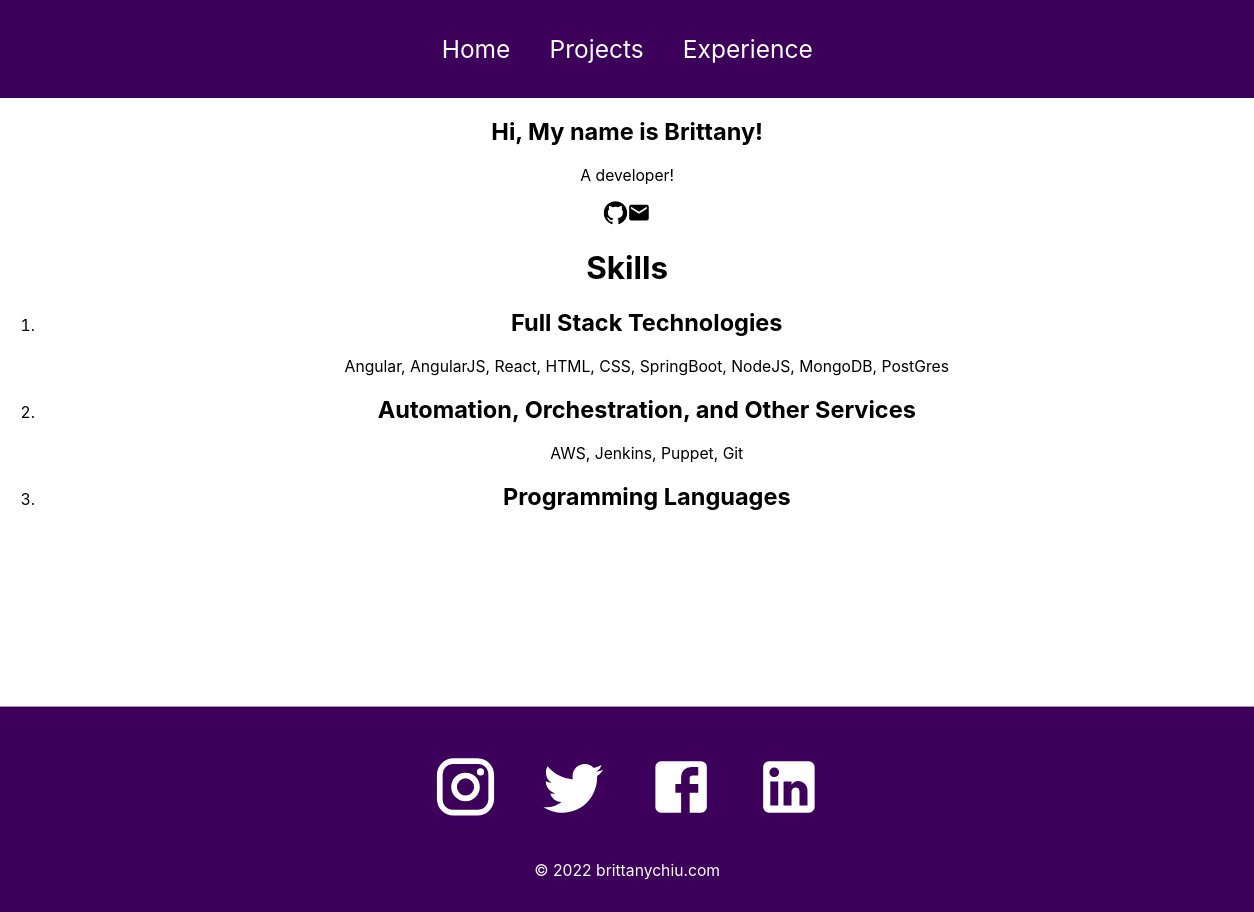
Repository: chiubacca94/chiufolio
Page: /
These files come from the project's save history. The page is drawn as it stood at one moment and after the next save; the edit follows.
The browser window is 1280 px wide. The pictures show the whole page, at 98% of full size.
The project was rebuilt for these pictures with package versions that can differ from the ones it lists, and the page was loaded fresh each time. Also part of the build but not shown: src/components/Projects/Projects.js, src/components/Experiences/Experiences.js.

Above is the page before, as saved 2022-07-03 23:13:13.

### src/App.js
import './App.css';
import { BrowserRouter as Router, Routes, Route } from 'react-router-dom';
import Navbar from './components/NavBar/Navbar';
import Home from './components/Home/Home';
import Projects from './components/Projects/Projects';
import Experiences from './components/Experiences/Experiences';
import Footer from './components/Footer/Footer';

function App() {
  return (
    <div className="App">
      <Router>
        <Navbar />
        <Routes>
          <Route path="/" element={ <Home /> }></Route>
          <Route path="/projects" element={ <Projects /> }></Route>
          <Route path="/" element={ <Experiences /> }></Route>
        </Routes>
        <Footer />
      </Router>
    </div>
  );
}

export default App;

### src/App.css
.App {
  text-align: center;
}

body {
  margin: 0px;
  padding: 0px;
}

### src/components/NavBar/Navbar.js
import React, {useEffect, useState} from "react";
import { Link, useLocation } from "react-router-dom";
import ReorderIcon from '@material-ui/icons/Reorder';
import "./Navbar.css"

function Navbar() {
    // NavBr States
    const [ expandNavbar, setExpandNavbar ] = useState(false)
    const location = useLocation();

    // use when location changes and set navbar to false
    useEffect(() => {
        setExpandNavbar(false);
    }, [location])

    return (
        // id will change based on state
        <div className="navbar" id={expandNavbar ? "open" : "close"}>
            <div className="toggleButton">
                <button onClick={() => { setExpandNavbar((prev) => !prev) }}>
                    <ReorderIcon></ReorderIcon>
                </button>
            </div>
            <div className="links">
                <Link to="/"> Home </Link>
                <Link to="/projects"> Projects </Link>
                <Link to="/experience"> Experience </Link>
            </div>
        </div>
    )
}

export default Navbar;

### src/components/Home/Home.js
import React from 'react'
import GitHubIcon from '@material-ui/icons/GitHub'
import EmailIcon from '@material-ui/icons/Email'

export default function Home() {
  return (
    <div className='home'>
        <div className='about'>
            <h2>Hi, My name is Brittany!</h2>
            <div className='prompt'><p> A developer!</p></div>
            <GitHubIcon />
            <EmailIcon />
        </div>
        <div className='skills'>
            <h1>Skills</h1>
            <ol className='list'>
                <li className='item'>
                    <h2>Full Stack Technologies</h2>
                    <span>Angular, AngularJS, React, HTML, CSS, SpringBoot, NodeJS, MongoDB, PostGres</span>
                </li>
                <li className='item'>
                    <h2>Automation, Orchestration, and Other Services</h2>
                    <span>AWS, Jenkins, Puppet, Git</span>
                </li>
                <li className='item'>
                    <h2>Programming Languages</h2>
                    <span></span>
                </li>
            </ol>
        </div>
    </div>
  )
}

### src/components/Footer/Footer.js
import React from 'react';
import InstagramIcon  from '@material-ui/icons/Instagram';
import TwitterIcon from '@material-ui/icons/Twitter';
import FacebookIcon from '@material-ui/icons/Facebook';
import LinkedInIcon from '@material-ui/icons/LinkedIn';
import './Footer.css'

export default function Footer() {
  return (
    <div className='footer'>
        <div className='socialMedia'>
            <InstagramIcon />
            <TwitterIcon />
            <FacebookIcon />
            <LinkedInIcon />
        </div>
        <p>&copy; 2022 brittanychiu.com</p>
    </div>
  )
}

### src/components/NavBar/Navbar.css
.navbar {
    width: 100%;
    height: 100px;
    background: #3c005a;
  }

  .links {
    width: 100%;
    height: 100%;
    display: flex;
    align-items: center;
    justify-content: center;
    color: white;
  }

  .navbar a {
    color: white;
    text-decoration: none;
    margin: 20px;
    font-size: 25px;
  }

  .toggleButton {
    width: 100%;
    height: 100px;
    display: flex;
    align-items: center;
    justify-content: flex-end;
  }

  .toggleButton svg {
    font-size: 50px;
  }
  .toggleButton button {
    margin-right: 20px;
    background-color: transparent;
    border: none;
    color: white;
    cursor: pointer;
  }

  #open {
    height: 100vh;
  }

  #open .links {
    flex-direction: column;
    justify-content: flex-start;
    margin-top: 100px;
  }

  #open a {
    width: 100%;
    text-align: center;
  }

  @media only screen and (max-width: 900px) {
    .navbar a {
      width: 70px;
    }
  }

  @media only screen and (max-width: 600px) {
    .toggleButton {
      display: flex;
    }
    #close a {
      display: none;
    }
  }

  @media only screen and (min-width: 600px) {
    .toggleButton {
      display: none;
    }

    .hiddenLinks {
      display: none;
    }

    #open {
      height: 100px;
    }

    #open .links {
      flex-direction: row;
    }
  }

### src/components/Footer/Footer.css
.footer {
    width: 100%;
    height: 200px;
    background: #3c005a;
    display: flex;
    justify-content: center;
    align-items: center;
    flex-direction: column;
    padding-top: 10px;
    margin-top: 200px;
  }

  .socialMedia svg {
    color: white;
    margin: 20px;
    font-size: 70px;
    cursor: pointer;
  }

  .footer p {
    color: white;
  }

  @media only screen and (max-width: 600px) {
    .footer svg {
      font-size: 50px;
    }
  }

Loaded but not shown: public/index.html (common file); src/index.js (common file); src/index.css (common file); src/reportWebVitals.js (common file)

After the next save:
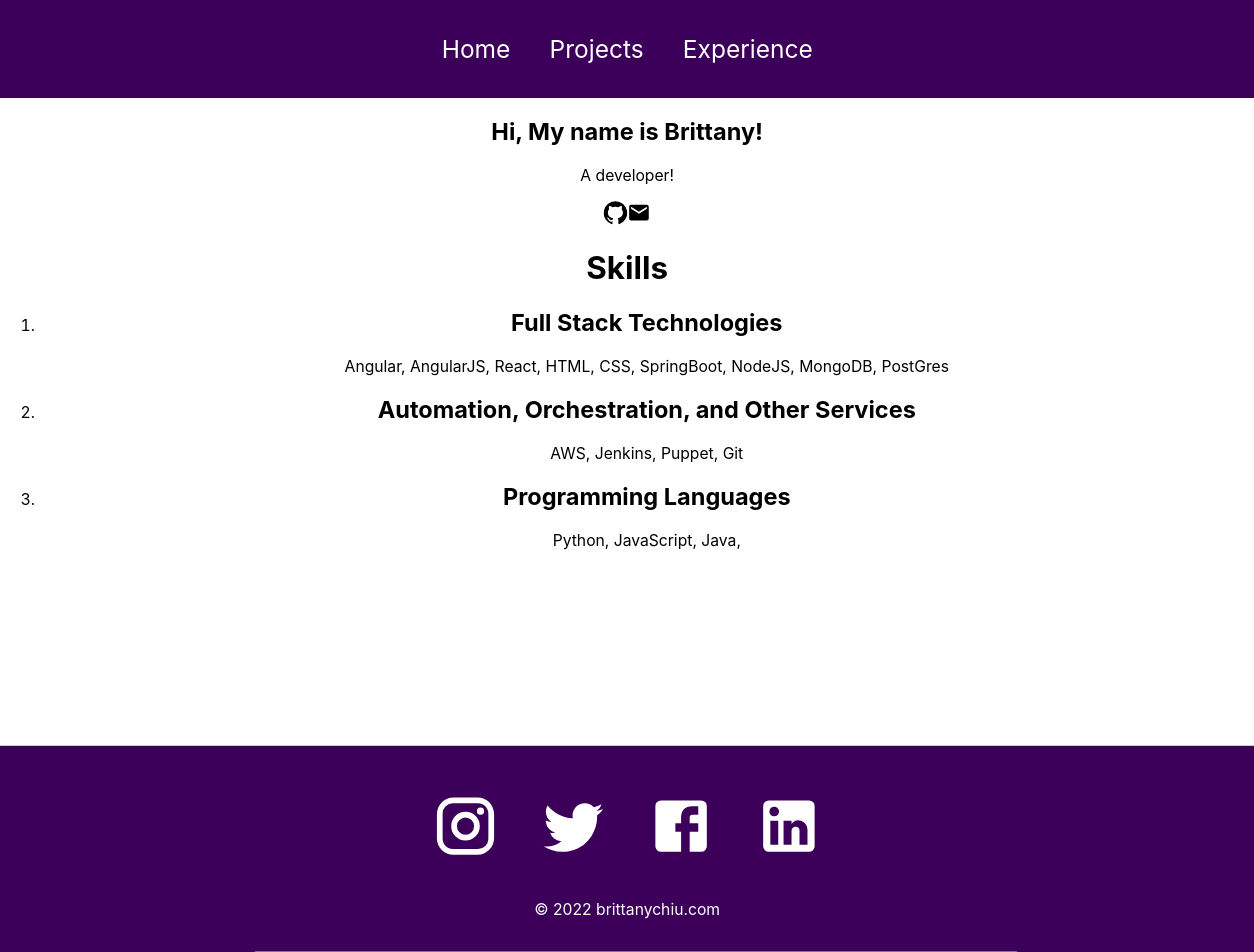
Saved 35 s later.
--- a/src/components/Home/Home.js
+++ b/src/components/Home/Home.js
@@ -24,7 +24,7 @@ export default function Home() {
                 </li>
                 <li className='item'>
                     <h2>Programming Languages</h2>
-                    <span></span>
+                    <span>Python, JavaScript, Java, </span>
                 </li>
             </ol>
         </div>
